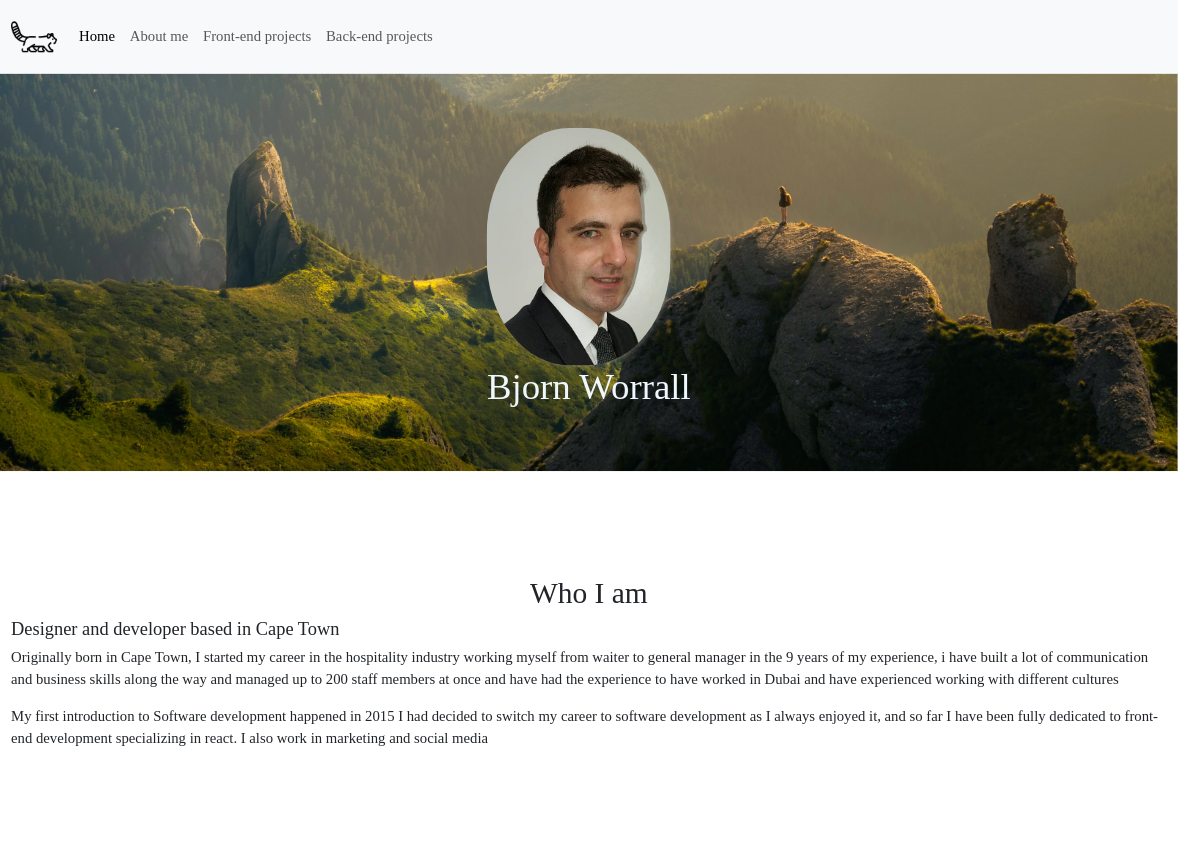
Repository: lasity34/portfolio
Page: index.html
These files come from the project's save history. The page is drawn as it stood at one moment and after the next save; the edit follows.
The browser window is 1280 px wide. The pictures show the whole page, at 92% of full size.
Backgrounds fixed to the window are drawn as part of the page. Some web fonts or font styles are not loaded; a fallback is used.

Above is the page before, as saved 2023-03-13 16:12:26.

After the next save:
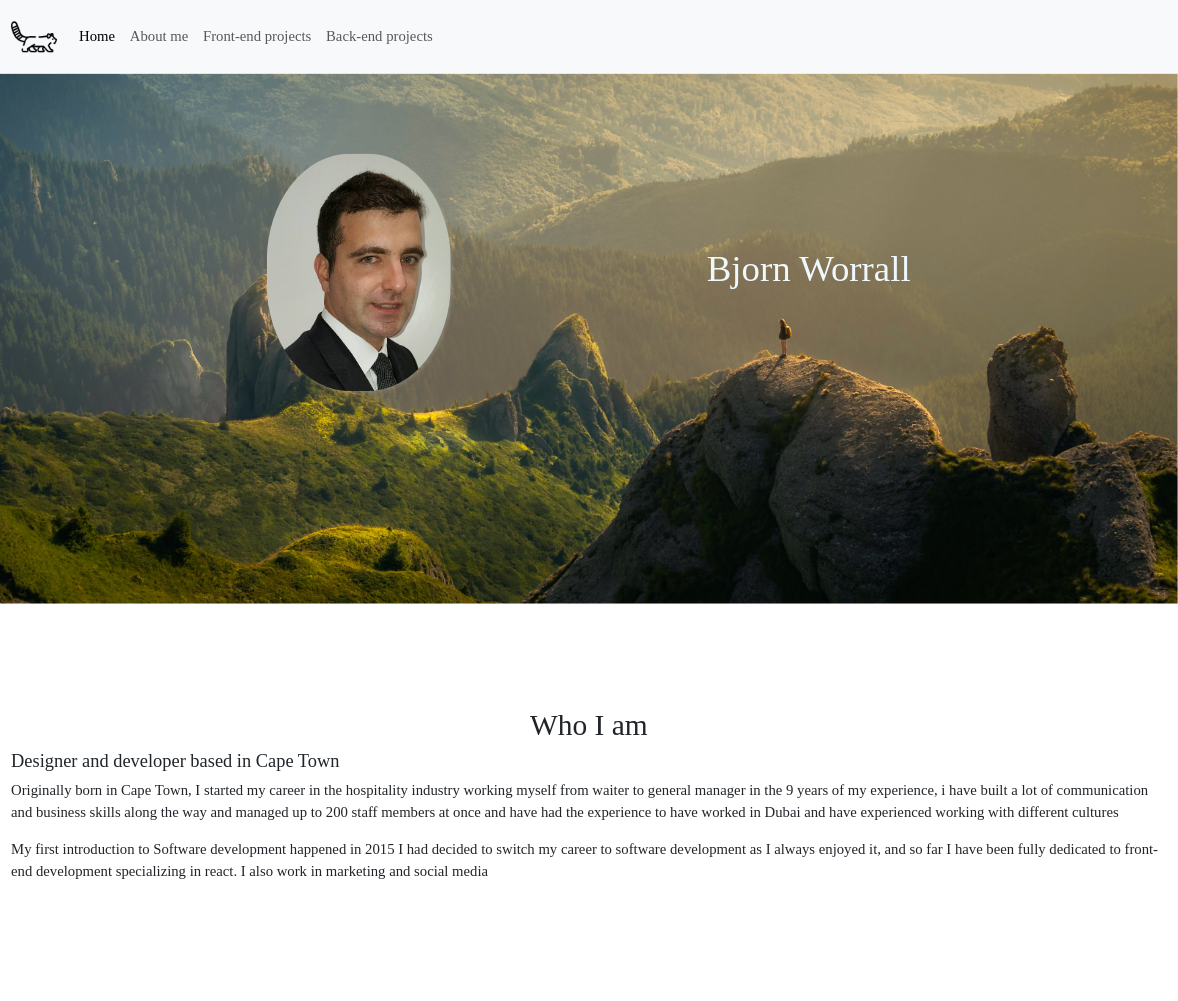
Saved 2 min 4 s later.
--- a/index.html
+++ b/index.html
@@ -49,8 +49,8 @@
         </div>
       </div>
     </nav>
-    <section class="container-fluid intro_container general_container">
-      <div class="info_container">
+    <section class="container-fluid intro_container ">
+      <div class="info_container general_container">
         <img src="./Images/profile_pic.jpg" class="img-fluid" />
         <h1>Bjorn Worrall</h1>
       </div>
